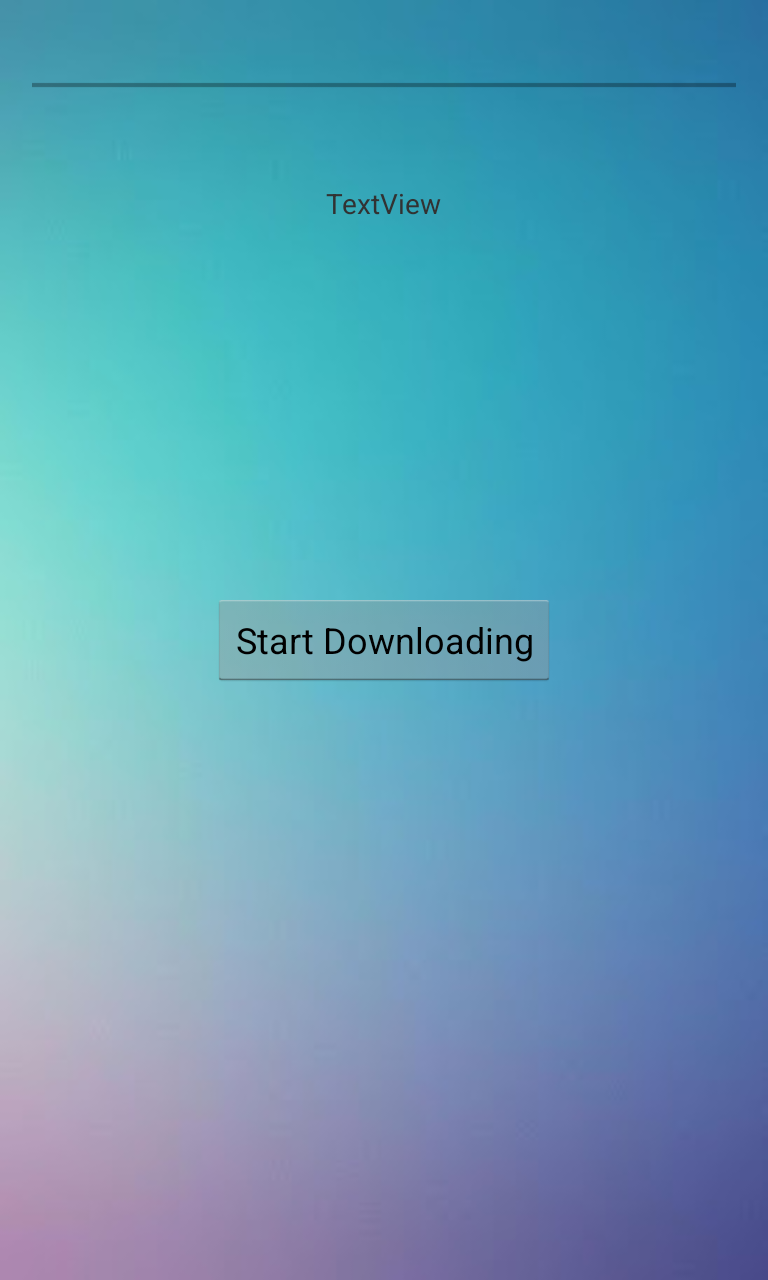
Repository: amittttt/Android-HP
Layout: SeekBarAssgnmnt/res/layout/activity_main.xml
These files come from the project's save history. The layout is drawn as it stood at one moment and after the next save; the edit follows.
It is drawn on a 768 x 1280 px phone screen (xhdpi) without system bars, with theme AppTheme; the app's code is not run.

Above is the layout before, as saved 2016-05-13 16:43:20.

### SeekBarAssgnmnt/res/layout/activity_main.xml
<RelativeLayout xmlns:android="http://schemas.android.com/apk/res/android"
    xmlns:tools="http://schemas.android.com/tools"
    android:layout_width="match_parent"
    android:layout_height="match_parent"
    android:paddingBottom="@dimen/activity_vertical_margin"
    android:paddingLeft="@dimen/activity_horizontal_margin"
    android:paddingRight="@dimen/activity_horizontal_margin"
    android:paddingTop="@dimen/activity_vertical_margin"
    tools:context=".MainActivity"
    android:background="@drawable/back" >

    <ProgressBar
        android:id="@+id/progressBar1"
        style="?android:attr/progressBarStyleHorizontal"
        android:layout_width="wrap_content"
          android:layout_height="7dp"
                android:focusable="false"

        android:layout_alignParentLeft="true"
        android:layout_alignParentRight="true"
        android:layout_alignParentTop="true"
        android:layout_marginTop="23dp" />

    <Button
        android:id="@+id/button1"
        android:layout_width="wrap_content"
        android:layout_height="wrap_content"
        android:layout_centerHorizontal="true"
        android:layout_centerVertical="true"
        android:onClick="Start"
        android:text="Start Downloading"
   />

    <TextView
        android:id="@+id/textView1"
        android:layout_width="wrap_content"
        android:layout_height="wrap_content"
        android:layout_below="@+id/progressBar1"
        android:layout_centerHorizontal="true"
        android:layout_marginTop="46dp"
        android:text="TextView" />

</RelativeLayout>

Loaded but not shown: SeekBarAssgnmnt/res/values/styles.xml (common file); SeekBarAssgnmnt/res/values-v11/styles.xml (common file); SeekBarAssgnmnt/res/values-v14/styles.xml (common file); SeekBarAssgnmnt/res/values/dimens.xml (common file)

After the next save:
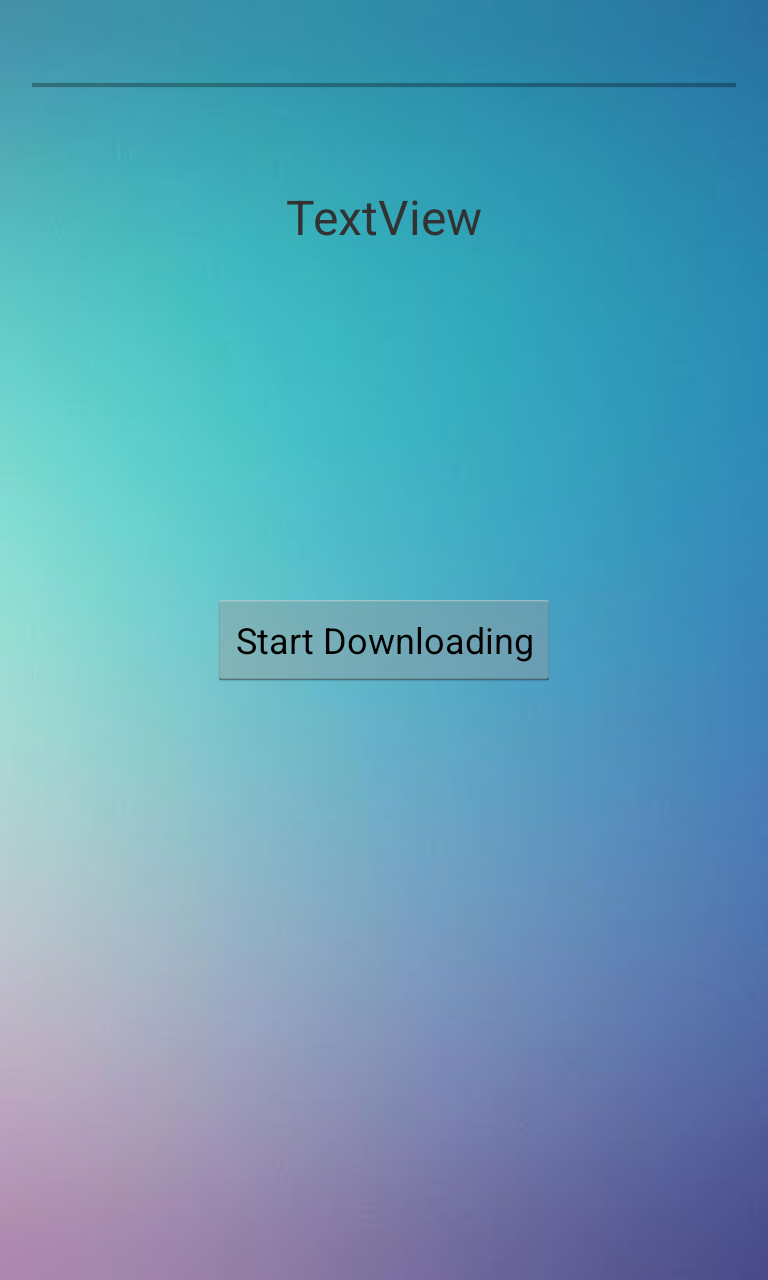
Saved 6 min 26 s later.
--- a/SeekBarAssgnmnt/res/layout/activity_main.xml
+++ b/SeekBarAssgnmnt/res/layout/activity_main.xml
@@ -38,6 +38,8 @@
         android:layout_below="@+id/progressBar1"
         android:layout_centerHorizontal="true"
         android:layout_marginTop="46dp"
-        android:text="TextView" />
+        android:text="TextView"
+        android:textSize="24"
+        />
 
 </RelativeLayout>
